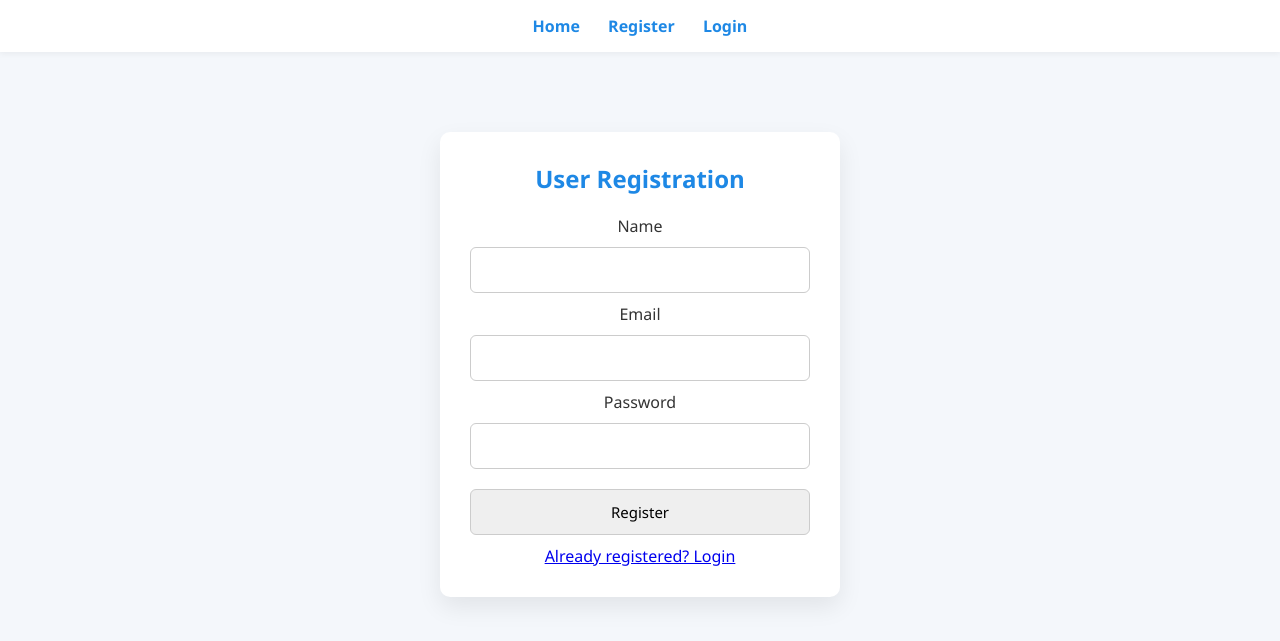
Repository: Sanjaya1822/Campus-Exchange
Page: http://localhost/CampusExchange/register.jsp
An editor plug-in stored every save of this project. The page is shown before and after the next save, followed by the edit.
The browser window is 1280 px wide. The pictures show the whole page.
The page is served by Tomcat 9.

Above is the page before, as saved 2026-01-30 17:50:56.

After the next save:
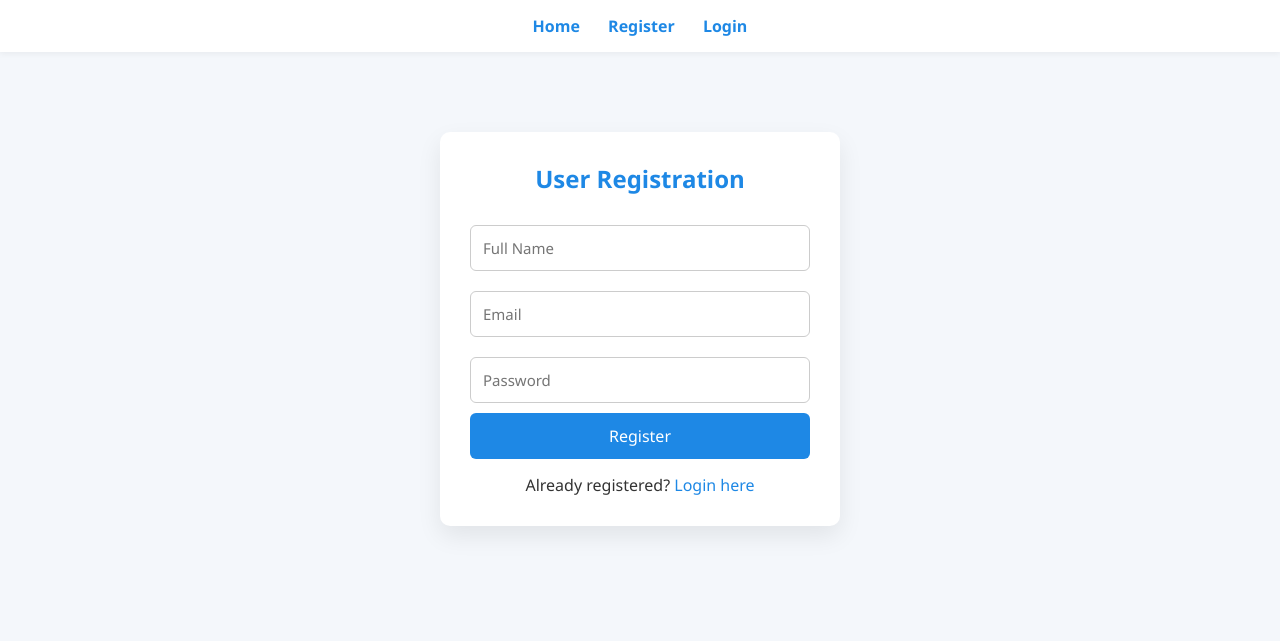
Saved 9 s later.
--- a/CampusExchange/src/main/webapp/register.jsp
+++ b/CampusExchange/src/main/webapp/register.jsp
@@ -4,7 +4,6 @@
 <head>
     <title>Register - CampusExchange</title>
     <link rel="stylesheet" href="css/style.css">
-
 </head>
 <body>
 
@@ -15,30 +14,20 @@
 </div>
 
 <div class="container">
-    <h2 class="auth-title">User Registration</h2>
+    <h2>User Registration</h2>
 
     <form action="register" method="post">
-        <div class="form-group">
-            <label>Name</label>
-            <input type="text" name="name" required>
-        </div>
+        <input type="text" name="name" placeholder="Full Name" required>
+        <input type="email" name="email" placeholder="Email" required>
+        <input type="password" name="password" placeholder="Password" required>
 
-        <div class="form-group">
-            <label>Email</label>
-            <input type="email" name="email" required>
-        </div>
-
-        <div class="form-group">
-            <label>Password</label>
-            <input type="password" name="password" required>
-        </div>
-
-        <input type="submit" value="Register">
+        <button type="submit">Register</button>
     </form>
 
-    <a class="auth-link" href="login.jsp">Already registered? Login</a>
+    <div class="link">
+        Already registered? <a href="login.jsp">Login here</a>
+    </div>
 </div>
 
 </body>
-
 </html>
